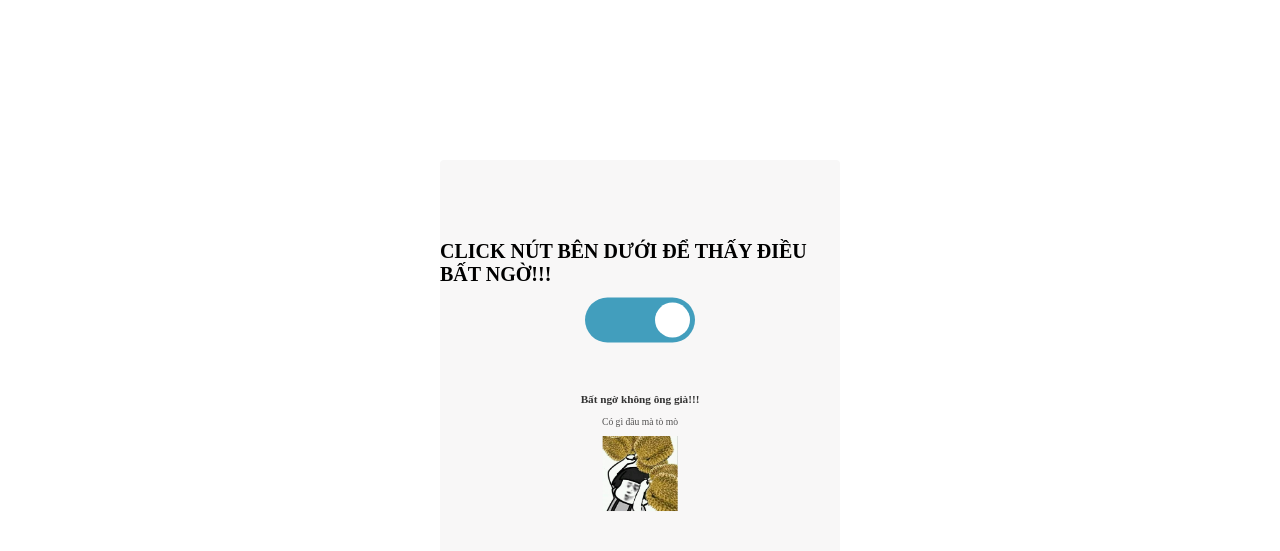
Repository: haokiet2501/troll-my-react
Page: /, after clicking the first element matching `div.toggle-center`
The author's editor kept a copy of each file at every save. The page is drawn from the files as they stood at one save, then again after the next save.
The browser window is 1280 px wide. The pictures show the whole page.
The project was rebuilt for these pictures with package versions that can differ from the ones it lists, and the page was loaded fresh each time.

Above is the page before, as saved 2022-07-30 23:44:26.

After the next save:
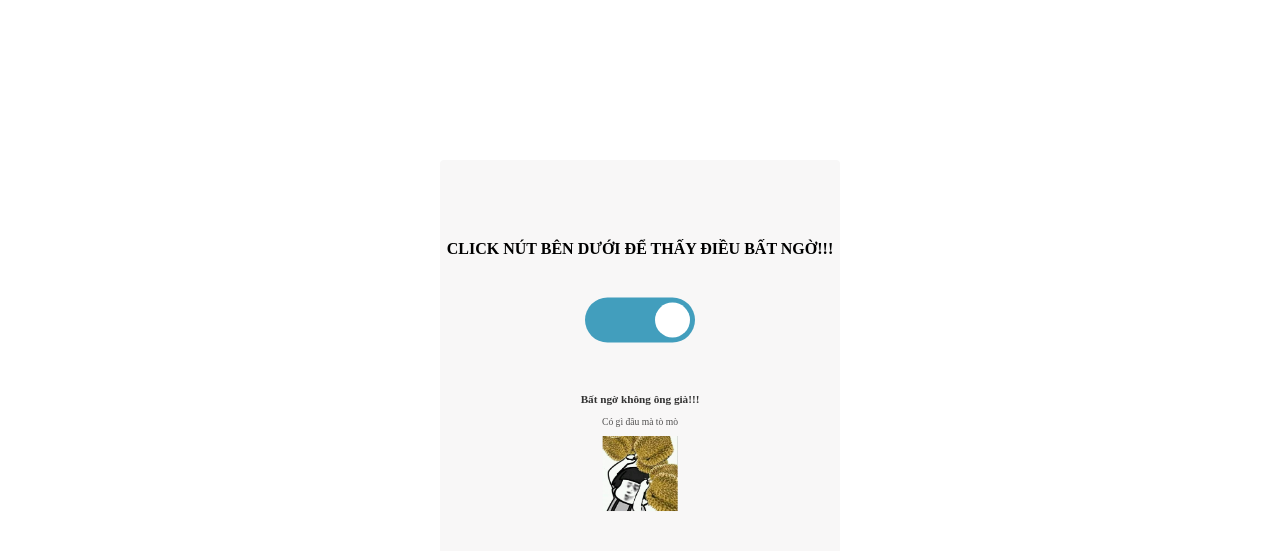
Saved 4 s later.
--- a/src/index.css
+++ b/src/index.css
@@ -154,7 +154,7 @@ p {
   }
 
   .toggle-title {
-    font-size: 1.25rem;
+    font-size: 1em;
   }
 
   h3 {
